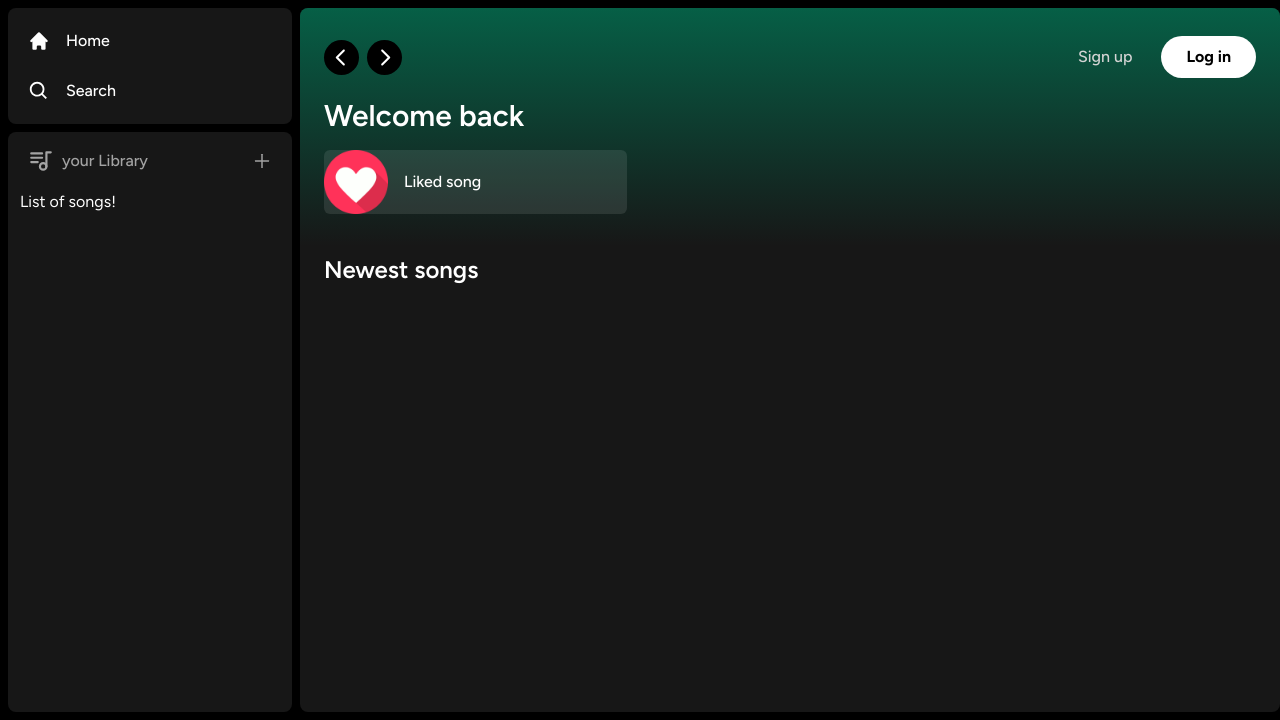
Repository: kjh4357/clone-spotify
Page: /
An editor plug-in stored every save of this project. The page is shown before and after the next save, followed by the edit.
The browser window is 1280 px wide. The pictures show the whole page.
The project was rebuilt for these pictures with package versions that can differ from the ones it lists, and the page was loaded fresh each time. The framework's server and built-in components were replaced by stand-ins that run in the browser. Also part of the build but not shown: next.config.mjs.

Above is the page before, as saved 2024-10-02 15:54:48.

After the next save:
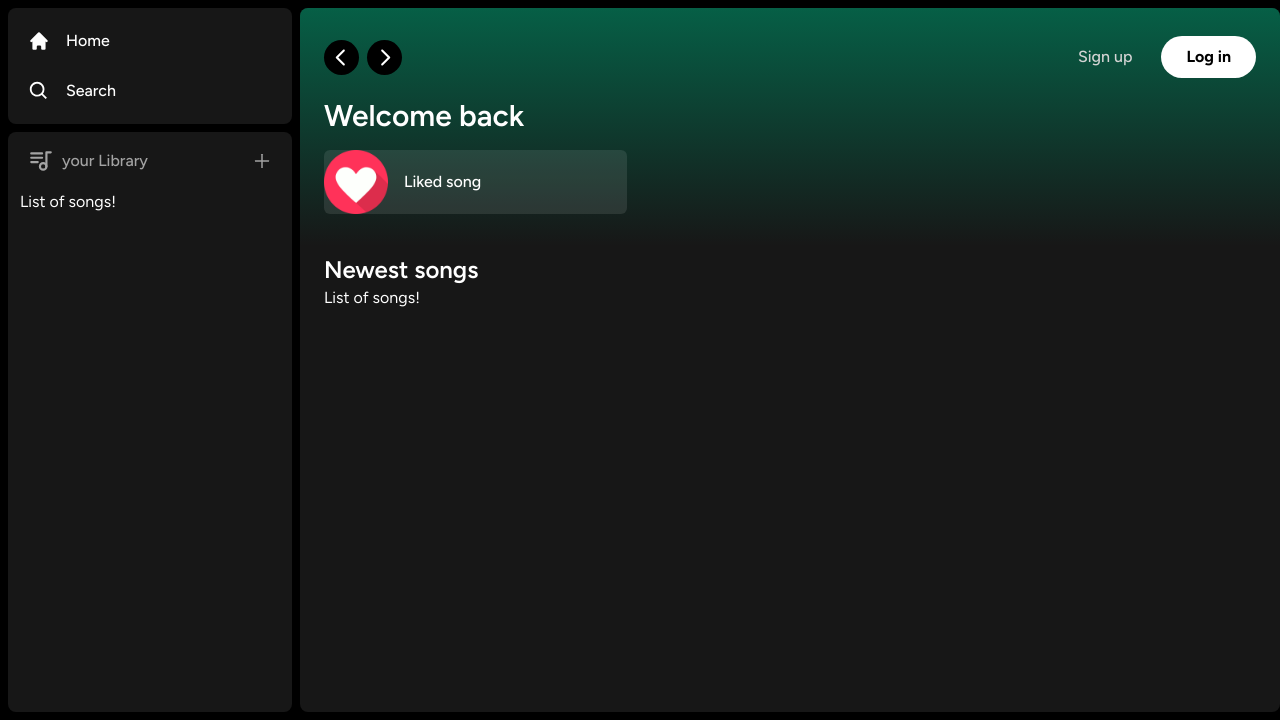
Saved 12 s later.
--- a/src/app/(site)/page.tsx
+++ b/src/app/(site)/page.tsx
@@ -20,6 +20,7 @@ export default function Home() {
         <div className='flex justify-between items-center'>
           <h1 className='text-white text-2xl font-semibold'>Newest songs</h1>
         </div>
+        <div>List of songs!</div>
       </div>
     </div>
   );
